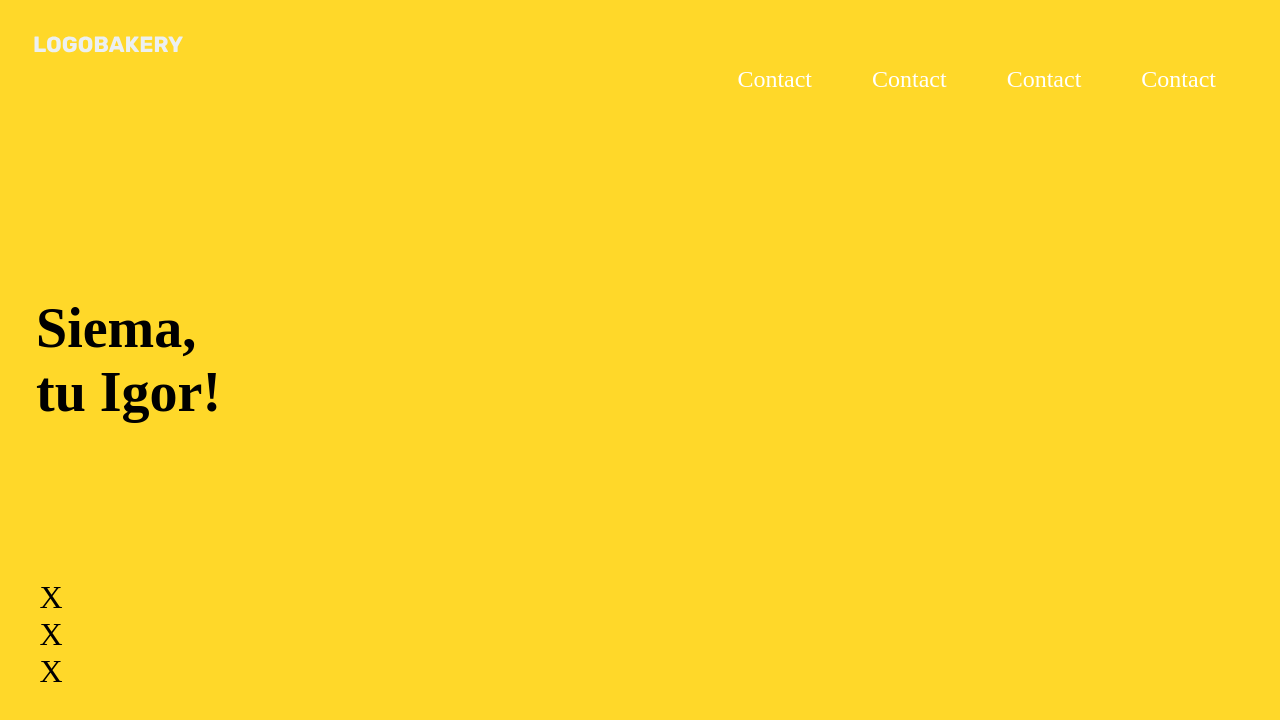
Repository: ajgors/config
Page: Nauka Js/Projekty/helloroman/index.html
These files come from the project's save history. The page is drawn as it stood at one moment and after a run of saves; the edit follows.
The browser window is 1280 px wide. The pictures show the whole page.

Above is the page before, as saved 2019-08-20 15:09:30.

### Nauka Js/Projekty/helloroman/index.html
<!DOCTYPE html>
    <head>
        <meta charset="utf-8">
        <meta http-equiv="X-UA-Compatible" content="IE=edge">
        <title>Navbar</title>
        <meta name="description" content="">
        <meta name="viewport" content="width=device-width, initial-scale=1">
        <link rel="stylesheet" href="styles.css">
    </head>
    <body>
            <nav class="navbar">
                <head>
                    <img src="images/logo.svg" alt="">
                </head>
                <ul class="desktop">
                    <li class="desktop__item"><a href="#">Contact</a></li>
                    <li class="desktop__item"><a href="#">Contact</a></li>
                    <li class="desktop__item"><a href="#">Contact</a></li>
                    <li class="desktop__item"><a href="#">Contact</a></li>

                </ul>
                <div class="phone">
                    <button onclick="openNav()"class="hamburger">
                            <div class="hamburger__div"></div>
                    </button>
                </div>
                <div class="hamburger__overlay" >
                    <!-- <button class="x"><span onclick="openNav()">&#10005;</span></button> -->
                    <ul>
                        <li><a href="#">About</a></li>
                        <li><a href="#">Contact</a></li>
                        <li><a href="#">Home</a></li>
                    </ul>
                    <button class="faq">faq</button>
                </div>
            </nav>
            <div class="hero">
                <h1>Siema,<br> tu Igor!</h1>
                <div class="socialmedia">
                    <p>X</p>
                    <p>X</p>
                    <p>X</p>
                </div>
            </div>
        <script type="text/javascript" src="mobile.js"></script>
    </body>
</html>

### Nauka Js/Projekty/helloroman/styles.css
@import url('https://fonts.googleapis.com/css?family=Montserrat&display=swap');

*,
*::before,
*::after {
    margin: 0;
    padding: 0;
    box-sizing: border-box;
}

.navbar {
    padding: 36px 34px;
    display: flex;
    position: absolute;
    left: 0px;
    top: 0px;
    width: 100%;
    -moz-box-pack: justify;
    justify-content: space-between;
    align-items: flex-start;
    z-index: 9995;
    overflow: hidden;

}
.hero{
padding: 36px;
width: 100%;
height: 100vh;
background-color: rgb(255, 216, 41);
display: flex;
flex-direction: column;
-moz-box-pack: center;
justify-content: center;
position: relative;
align-items: flex-start;
}


.socialmedia{
display: flex;
flex-direction: column;
-moz-box-align: center;
align-items: center;
width: 30px;
position: absolute;
bottom: 30px;
font-size: 2em;
}










h1{
    font-size: 3.5em
}




















.desktop__item a{
    transition: color .15s ease-in
}
.desktop__item a:hover{
    color: #659dbd;
    transition: color .15s ease-in
}

.hamburger {
    border: none;
    background: none;
    padding: 20px;
    display: hidden;
    /* background-color: transparent; */
    z-index: 9999;
}

.hamburger__div {
    z-index: 9998;
    position: relative;
    height: 2px;
    width: 24px;
    background-color: white;
    transition: all 0.4 ease;
    display: hidden;
}
.hamburger__div::after,
.hamburger__div::before {
    position: absolute;
    left: 0;
    content: '';
    height: 2px;
    width: 24px;
    background-color: white;
    transition: all 0.4 ease
}
.hamburger__div::after {
    background-color: white;
    top: -6px;
}
.hamburger__div::before {
    background-color: white;
    top: 6px;
}

.hamburger__overlay {
    height: 100vh;
    width: 100%;
    position: fixed;
    overflow: hidden;
    top: 0;
    left: 0;
    z-index: 3;
    background-color: #444;
    opacity: 1;
    overflow-x: hidden;
    display: flex;
    align-items: center;
    justify-content: center;
    transform: translateX(-100%);
    transition: transform .35s ease-out;

}

.hamburger__overlay--toggle {
    transform: translateX(0);

}

.hamburger__overlay  .x{
    position: absolute;
    top: 5%;
    right: 2%;
    background: none;
    padding: 30px;
    border: none;
    font-size: 2em;
    color: white;
}
li {
    list-style: none;
    font-size: 2em;
    margin: 30px;
}

a {
    color: white;
    text-decoration: none;
}
.faq{
    position: absolute;
    bottom: 0;
    right: 0;
    border: none;
    width: 100%;
    background-color: #555;
    color: white;
    font-size: 2em;
    height: 15%;
    transform: translateY(100%);
    transition: transform 0.35s ease;
}

.faq__open{
    transition: transform 0.25s 0.35s ease;
    transform: translateY(0px);
}


.desktop{
    display: flex;
}
.desktop__item{
    font-size: 1.5em
}
.phone{
    display: none;
    z-index: 9999
}

@media (max-width: 1000px){
    .phone{
        display: block
    }
    .desktop{
        display: none
    }
}

### Nauka Js/Projekty/helloroman/mobile.js

function openNav(){
    document.querySelector('.hamburger__overlay').classList.toggle('hamburger__overlay--toggle')
    document.querySelector('.faq').classList.toggle('faq__open');
}

After the next 5 saves:
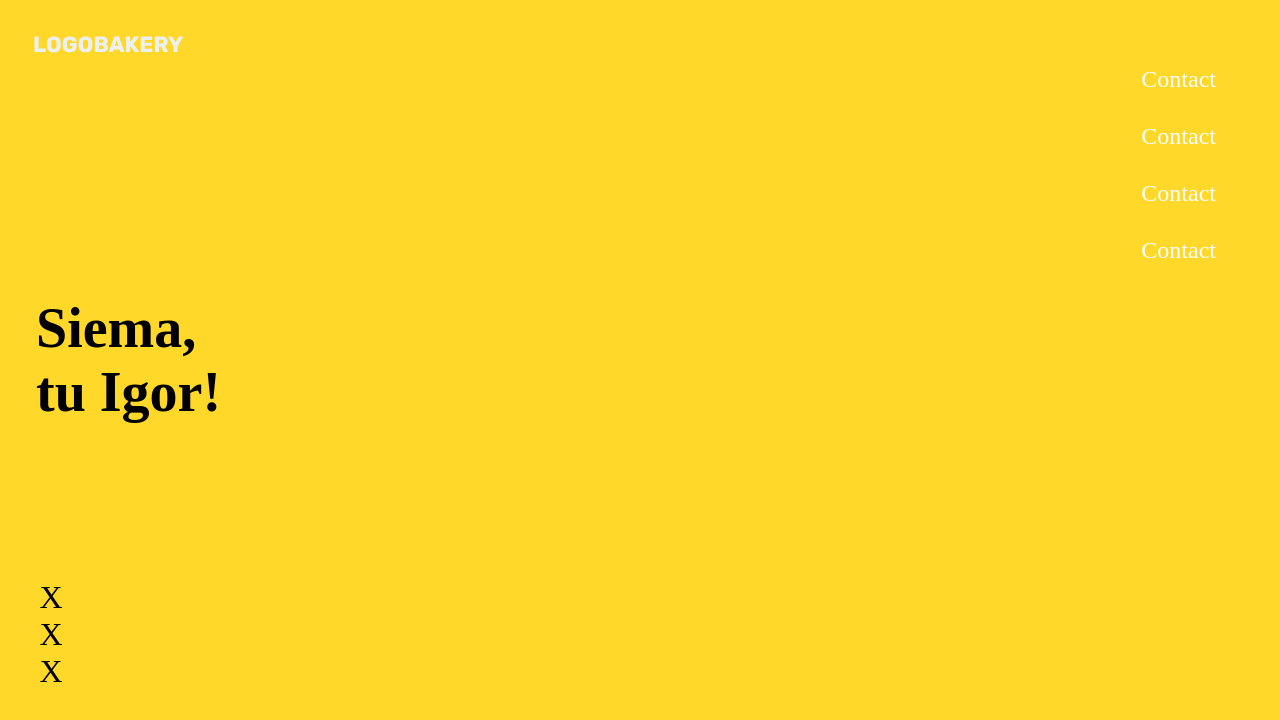
The 5 saves are shown as one change because they came seconds apart.
The last was saved 10 s later.
--- a/Nauka Js/Projekty/helloroman/styles.css
+++ b/Nauka Js/Projekty/helloroman/styles.css
@@ -186,6 +186,7 @@
     transition: transform 0.25s 0.35s ease;
     transform: translateY(0px);
 }
+.faq__open ~
 
 
 .desktop{

After the 5 saves that followed:
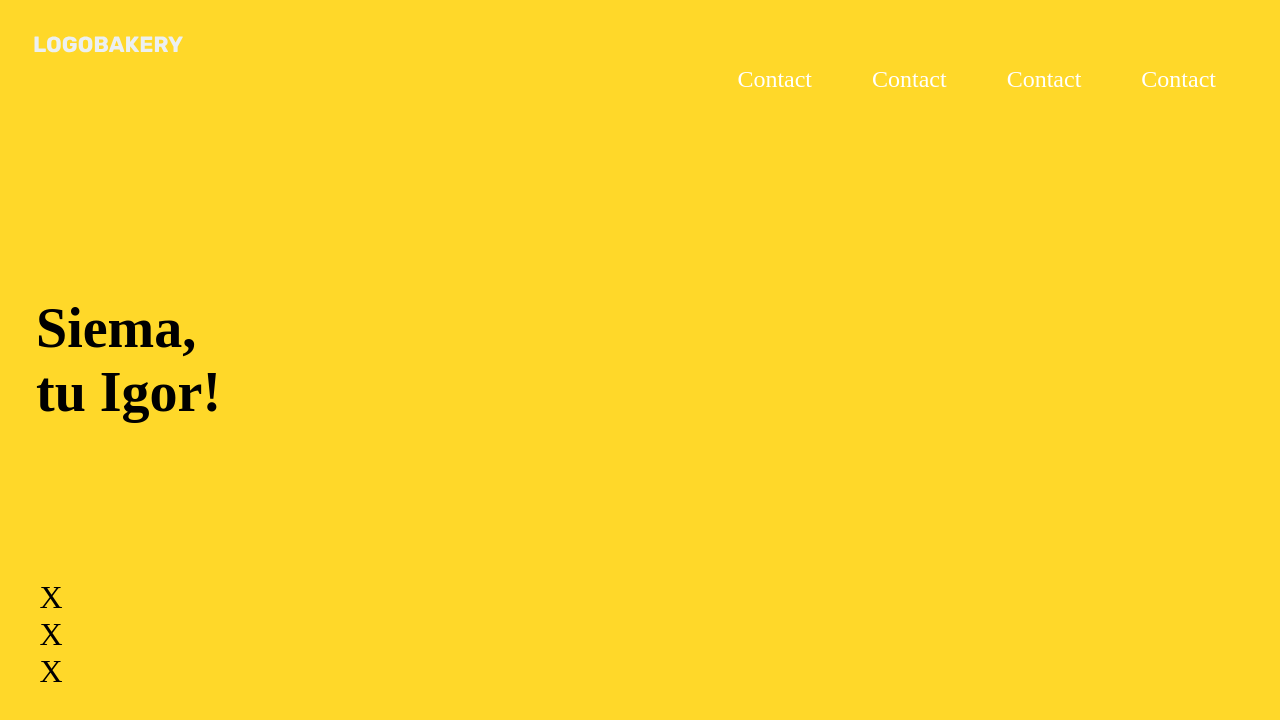
The 5 saves are shown as one change because they came seconds apart.
The last was saved 23 s later.
--- a/Nauka Js/Projekty/helloroman/styles.css
+++ b/Nauka Js/Projekty/helloroman/styles.css
@@ -186,7 +186,9 @@
     transition: transform 0.25s 0.35s ease;
     transform: translateY(0px);
 }
-.faq__open ~
+.faq__open ~ .hamburger{
+    z-index: -9
+}
 
 
 .desktop{
